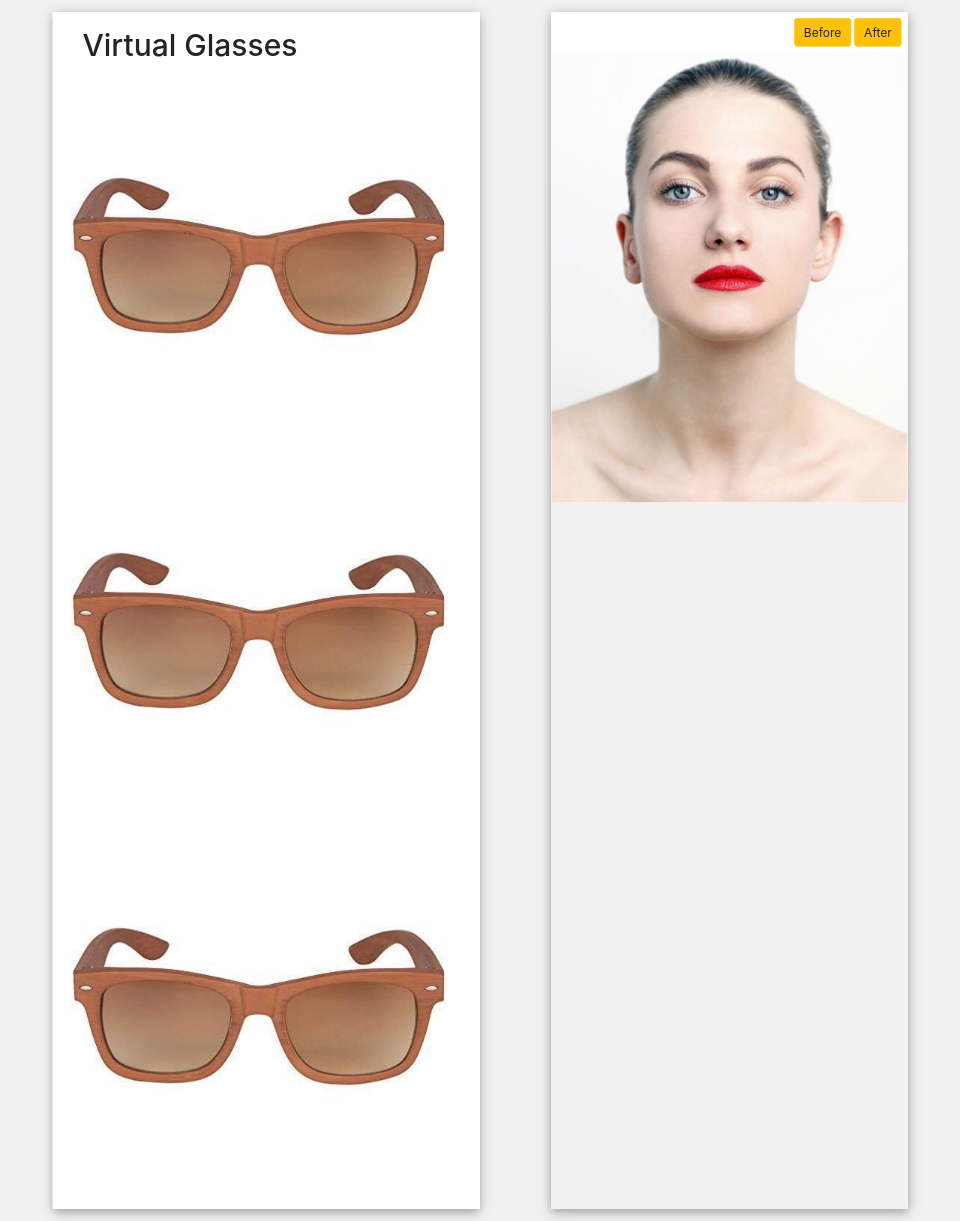
Repository: Khoi300399/BC35E_ES6_B2_MaThanhKhoi
Page: index.html
These files come from the project's save history. The page is drawn as it stood at one moment and after the next save; the edit follows.
The browser window is 1280 px wide. The pictures show the whole page, at 75% of full size.

Above is the page before, as saved 2022-10-21 17:35:24.

After the next save:
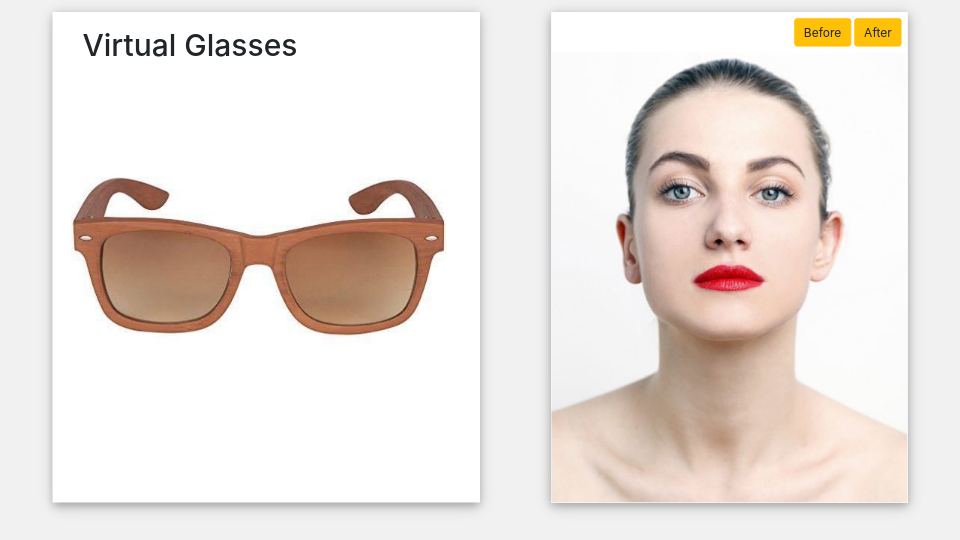
Saved 44 s later.
--- a/index.html
+++ b/index.html
@@ -32,9 +32,7 @@
           </div>
           <div class="row" id="vglassesList">
             <div class="rol-4" id="vglassesItem">
-              <img class="rol-4 vglasses__items" src="./img/g1.jpg" alt="" />
-              <img class="rol-4 vglasses__items" src="./img/g1.jpg" alt="" />
-              <img class="rol-4 vglasses__items" src="./img/g1.jpg" alt="" />
+              <img class="vglasses__items" src="./img/g1.jpg" alt="" />
             </div>
           </div>
         </div>

After the 2 saves that followed:
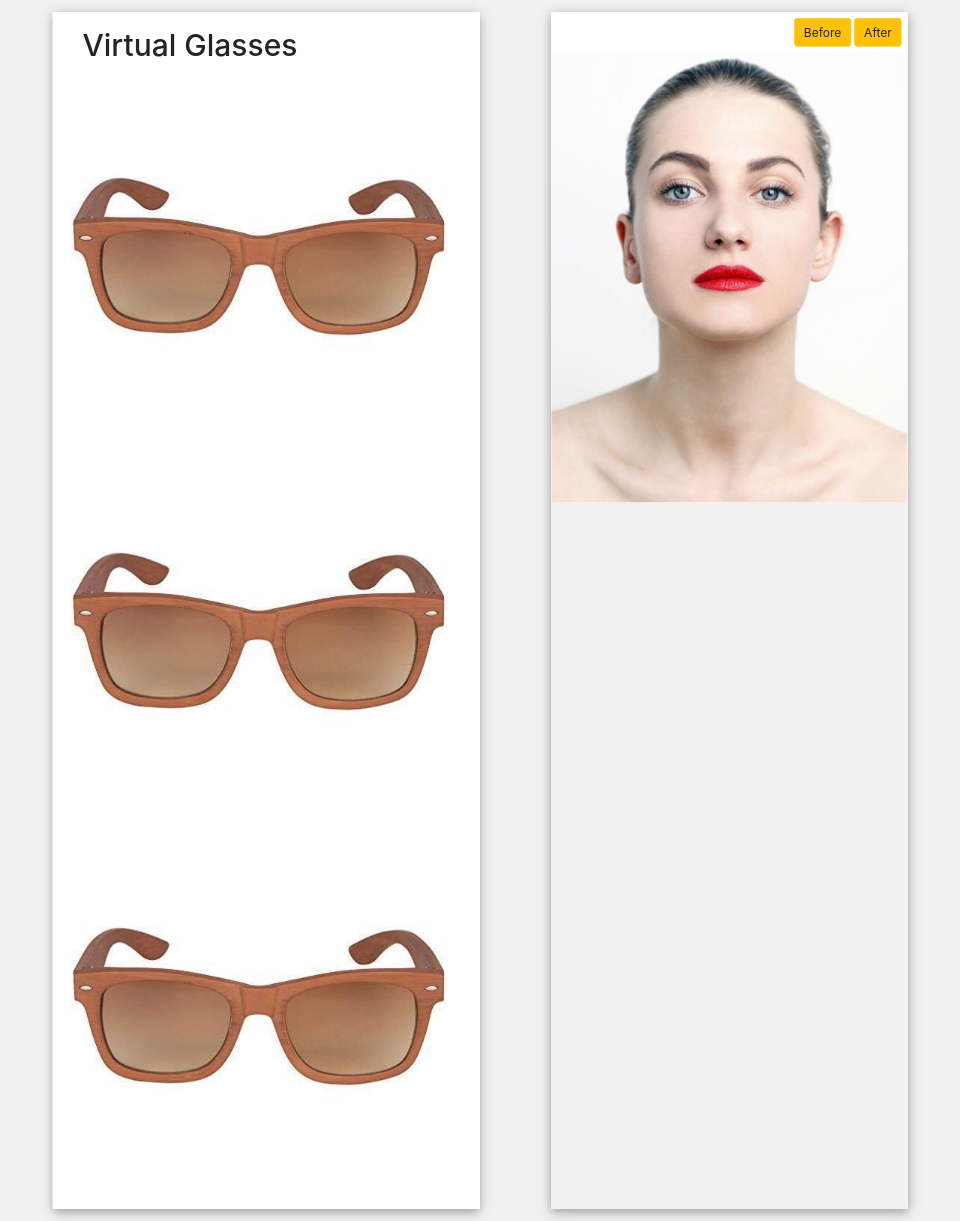
The 2 saves are shown as one change because 1 left the picture as it was.
The last was saved 111 s later.
--- a/index.html
+++ b/index.html
@@ -31,9 +31,9 @@
             </div>
           </div>
           <div class="row" id="vglassesList">
-            <div class="rol-4" id="vglassesItem">
-              <img class="vglasses__items" src="./img/g1.jpg" alt="" />
-            </div>
+            <img class="col-4.vglasses__items" src="./img/g1.jpg" alt="" />
+            <img src="./img/g1.jpg" alt="" />
+            <img src="./img/g1.jpg" alt="" />
           </div>
         </div>
         <div class="col-5 vglasses__right p-0">
